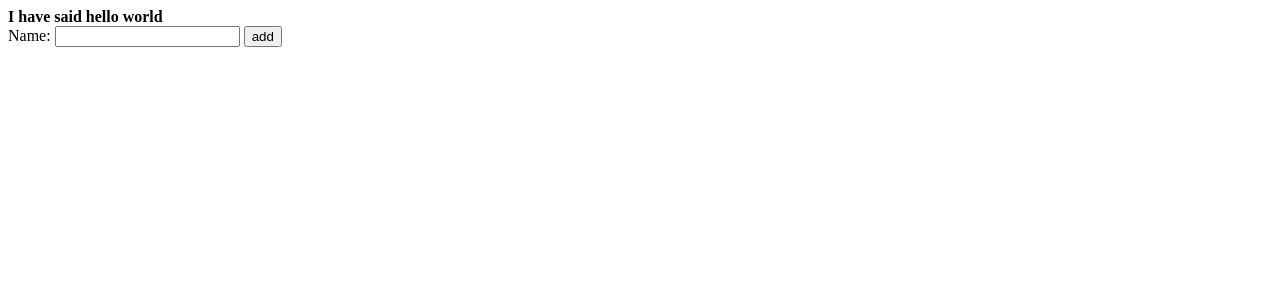
Repository: Mujaddin/Java_Servlet_3
Page: http://localhost/MitraisServlet/Servlet
An editor plug-in stored every save of this project. The page is shown before and after the next save, followed by the edit.
The browser window is 1280 px wide. The pictures show the whole page.
The page is served by Tomcat 9. Other server files are loaded and not shown.

Above is the page before, as saved 2017-04-21 02:31:32.

### project4-exercise/MitraisServlet/WebContent/hello.jsp
<%@ page language="java" contentType="text/html; charset=ISO-8859-1"
	pageEncoding="ISO-8859-1"%>
<!DOCTYPE html PUBLIC "-//W3C//DTD HTML 4.01 Transitional//EN" "http://www.w3.org/TR/html4/loose.dtd">
<html>
<head>
<meta http-equiv="Content-Type" content="text/html; charset=ISO-8859-1">
<title>Insert title here</title>
</head>
<body>
	<%
		String hello = (String) session.getAttribute("hello");
	%>
	<b>I have said <%=hello%></b>
	<form action="">
	Name:
	<input name= "addBox" type="textbox"/>
		<input name="add" type ="submit" value="add"/>
	</form>

</body>
</html>

### project4-exercise/MitraisServlet/src/serveltPackage/Servlet.java
package serveltPackage;

import java.io.IOException;
import java.io.PrintWriter;

import javax.servlet.ServletException;
import javax.servlet.annotation.WebServlet;
import javax.servlet.http.HttpServlet;
import javax.servlet.http.HttpServletRequest;
import javax.servlet.http.HttpServletResponse;

/**
 * Servlet implementation class Servlet
 */
@WebServlet(description = "This is a new sample servlet by Muhammad Jamaluddin", urlPatterns = { "/Servlet" })
public class Servlet extends HttpServlet implements javax.servlet.Servlet {
	private static final long serialVersionUID = 1L;

	/**
	 * @see HttpServlet#doGet(HttpServletRequest request, HttpServletResponse
	 *      response)
	 */
	protected void doGet(HttpServletRequest request, HttpServletResponse response)
			throws ServletException, IOException {
		// TODO Auto-generated method stub
		request.getSession().setAttribute("hello", "hello world");
		request.getRequestDispatcher("/hello.jsp").forward(request, response);;
	}

}

After the next save:
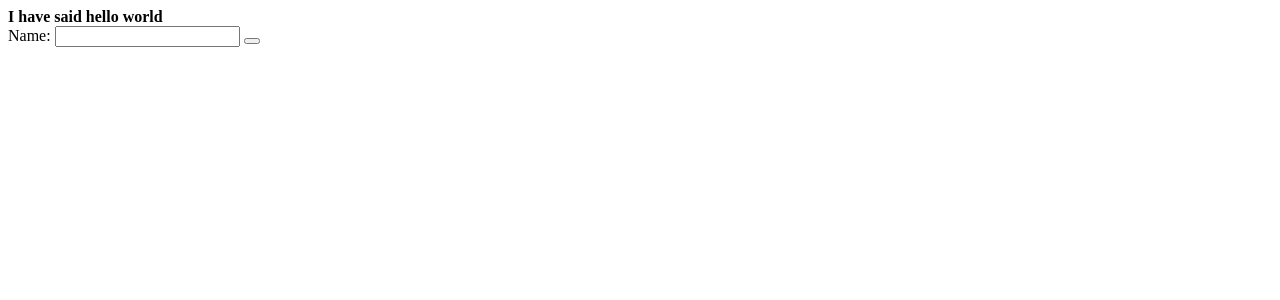
Saved 2 min 14 s later.
--- a/project4-exercise/MitraisServlet/WebContent/hello.jsp
+++ b/project4-exercise/MitraisServlet/WebContent/hello.jsp
@@ -14,7 +14,7 @@
 	<form action="">
 	Name:
 	<input name= "addBox" type="textbox"/>
-		<input name="add" type ="submit" value="add"/>
+		<button name="add" type ="submit" value="add"/>
 	</form>
 
 </body>
